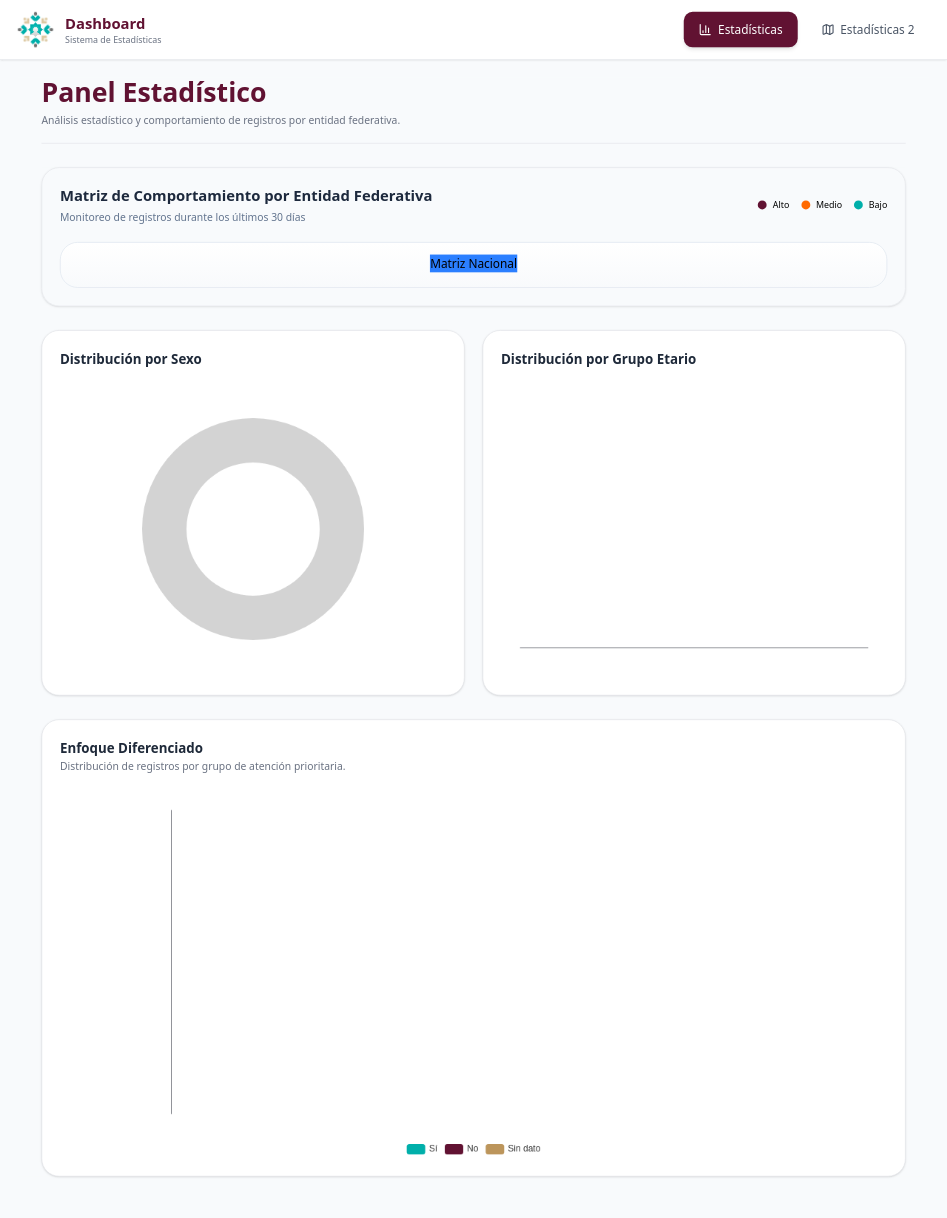
Repository: jesus890/semaforo-cinepolis
Page: /estadisticas
The author's editor kept a copy of each file at every save. The page is drawn from the files as they stood at one save, then again after the next save.
The browser window is 1280 px wide. The pictures show the whole page, at 74% of full size.
The page's requests for data from a server got no answer. The project was rebuilt for these pictures with package versions that can differ from the ones it lists, and the page was loaded fresh each time. No one was signed in, and anything a server would have sent is missing. Also part of the build but not shown: vite.config.ts, src/pages/EstadisticasDosPage.tsx.

Above is the page before, as saved 2026-06-04 13:43:43.

### index.html
<!doctype html>
<html lang="en">
  <head>
    <meta charset="UTF-8" />
    <link rel="icon" type="image/svg+xml" href="/favicon.svg" />
    <meta name="viewport" content="width=device-width, initial-scale=1.0" />
    <title>Estadistica Alertamiento | RNPNDO</title>
  </head>
  <body>
    <div id="root"></div>
    <script type="module" src="/src/main.tsx"></script>
  </body>
</html>

### src/App.tsx
import AppRouter from "./router/AppRouter";

function App() {
    return <AppRouter />;
}

export default App;

### src/router/AppRouter.tsx
import {BrowserRouter,Routes,Route,Navigate,} from "react-router-dom";

import DashboardLayout from "../layouts/DashboardLayout";
import EstadisticasPage from "../pages/EstadisticaPage";
import EstadisticasDosPage from "../pages/EstadisticasDosPage";



export default function AppRouter() {

    return (
        <BrowserRouter>
            <Routes>
                <Route path="/" element={<DashboardLayout/>}>
                    <Route index element={<Navigate to="/estadisticas"/>}/>
                    <Route path="estadisticas" element={<EstadisticasPage />}/>
                    <Route path="estadisticas-2" element={<EstadisticasDosPage />}/>
                </Route>
            </Routes>
        </BrowserRouter>
    );
}

### src/layouts/DashboardLayout.tsx
import { Outlet } from "react-router-dom";

import Header from "../components/Dashboard/navigation/Header";

export default function DashboardLayout() {

    return (
        <div className="min-h-screen bg-slate-50">
            <Header />
            <main className="p-6">
                <Outlet />
            </main>
        </div>

    );
}

### src/components/Dashboard/navigation/Header.tsx
import { NavLink } from "react-router-dom";

import { BarChart3, Map, } from "lucide-react";
import logoSystem from "../../../assets/CNB.png";

export default function Header() {

    const menu = [
        {
            label: "Estadísticas",
            icon: BarChart3,
            path: "/estadisticas",
        },
        {
            label: "Estadísticas 2",
            icon: Map,
            path: "/estadisticas-2",
        },
    ];

    return (

        <header className="sticky top-0 z-50 bg-white border-b border-gray-200 shadow-sm">

            <div className="h-20 px-6 flex items-center justify-between max-w-[1800px] mx-auto">

                {/* Logo */}
                <div className="flex items-center gap-4">

                    <img src={logoSystem} alt="Logo" className="h-12 w-auto object-contain" />

                    <div>

                        <h1 className="text-xl font-bold text-[#611232]">
                            Dashboard
                        </h1>

                        <p className="text-xs text-gray-500">
                            Sistema de Estadísticas
                        </p>

                    </div>

                </div>

                {/* Menú */}
                <nav className="flex items-center gap-3">

                    {menu.map((item) => {

                        const Icon = item.icon;

                        return (

                            <NavLink
                                key={item.path}
                                to={item.path}
                                className={({
                                    isActive,
                                }) =>
                                    `
                                    flex
                                    items-center
                                    gap-2
                                    px-5
                                    py-3
                                    rounded-xl
                                    font-medium
                                    transition-all

                                    ${isActive
                                        ? "bg-[#611232] text-white shadow-md"
                                        : "text-gray-600 hover:bg-gray-100"
                                    }
                                `
                                }
                            >

                                <Icon
                                    size={18}
                                />

                                {item.label}

                            </NavLink>
                        );
                    })}

                </nav>

            </div>

        </header>
    );
}

### src/components/Dashboard/heatmap/HeatmapTable.tsx
import { useMemo } from "react";

import type { HeatmapRow } from "../../../types/dashboard.types";

interface Props {
    rows: HeatmapRow[];
    level: "estado" | "municipio";
    onRowClick?: (estadoId: number) => void;
    onCellClick?: (
        data: {
            estadoId: number;
            municipioId: number;
            fecha: string;
        }
    ) => void;
}

export default function HeatmapTable({ rows, level, onRowClick, onCellClick, }: Props) {

    const dates = useMemo(() => {
        if (!rows.length) return [];

        return rows[0].values.map(
            value => value.day
        );
    }, [rows]);

    const getColor = (estatus: string) => {
        switch (estatus?.toLowerCase()) {
            case "rojo":
                return "bg-[#611232]";
            case "naranja":
                return "bg-orange-500";
            case "verde":
                return "bg-[#00AFAA]";
            default:
                return "bg-slate-200";
        }
    };

    return (
        <div className="overflow-auto rounded-3xl border border-slate-200 bg-gradient-to-b from-white to-slate-50 p-4">

            {
                level == "estado" ? (
                    <div className="flex justify-center">
                        <div className="bg-blue-500">
                            <p >Matriz Nacional</p>
                        </div>
                    </div>
                ) : (
                    <p></p>
                )
            }

            <table className="border-separate min-w-max">

                <thead>
                    <tr>
                        <th className="sticky left-0 z-20 min-w-[240px]"></th>

                        {dates.map(date => (

                            <th
                                key={date}
                                className="h-28 min-w-[42px] align-bottom"
                            >

                                <div className="-rotate-45 origin-bottom-left whitespace-nowrap text-[10px] font-medium text-slate-500">
                                    {date}
                                </div>

                            </th>

                        ))}

                    </tr>

                </thead>

                <tbody className="divide-y divide-slate-100">

                    {rows.map(row => (

                        <tr key={row.id} className="border-b border-slate-100">

                            <td className="sticky left-0 z-10 bg-white pr-4">

                                <button
                                    onClick={() => onRowClick?.(row.estadoId)}
                                    className="group flex tems-center gap-3 text-left transition-all cursor-pointer"
                                >
                                    <div className="h-2.5 w-2.5 rounded-full bg-[#000]" />
                                    <span className="text-sm font-semibold text-slate-700 group-hover:text-[#611232]">
                                        {row.name}
                                    </span>

                                </button>

                            </td>

                            {row.values.map(
                                value => (

                                    <td
                                        key={value.day}
                                    >

                                        <button
                                            onClick={() =>
                                                onCellClick?.({ estadoId: value.estadoId, municipioId: value.municipioId, fecha: value.day })
                                            }
                                            title={`${value.total} registros`}
                                            className={`
                                                flex
                                                h-8
                                                w-8
                                                items-center
                                                justify-center
                                                rounded-xl
                                                text-[11px]
                                                font-semibold
                                                text-white
                                                transition-all
                                                duration-200
                                                hover:scale-110
                                                hover:shadow-xl
                                                hover:ring-2
                                                hover:ring-offset-2
                                                hover:ring-[#611232]
                                                cursor-pointer
                                                ${getColor(value.estatus)}
                                            `}
                                        >
                                            {value.total > 0
                                                ? value.total
                                                : ""}
                                        </button>

                                    </td>

                                )
                            )}

                        </tr>

                    ))}

                </tbody>

            </table>

        </div>
    )

}

### src/components/Dashboard/charts/SexoChart.tsx
import ReactECharts from "echarts-for-react";
import { Colors } from "../../../constants/colors";

interface SexoItem {
    categoria: string;
    total: number;
}

interface Props {
    sexo?: SexoItem[];
}

export default function SexoChart({ sexo = [] }: Props) {

    const getColor = (categoria: string) => {

        switch (categoria.toUpperCase()) {

            case "HOMBRE":
                return Colors.rojito;

            case "MUJER":
                return Colors.verdecito;

            default:
                return Colors.oro;
        }
    };

    const data = sexo.map(item => ({
        value: item.total,
        name:
            item.categoria.charAt(0) +
            item.categoria.slice(1).toLowerCase(),

        itemStyle: {
            color: getColor(item.categoria),
        },
    }));

    const option = {
        tooltip: {
            trigger: "item",
        },

        legend: {
            bottom: 0,
        },

        series: [
            {
                type: "pie",
                radius: ["45%", "75%"],

                label: {
                    formatter: "{b}\n{c}",
                },

                data,
            },
        ],
    };

    return (
        <ReactECharts
            option={option}
            style={{
                height: "400px",
            }}
        />
    );
}

### src/services/dashboard.service.ts
import { apiRequest } from "../lib/api";
import { axiosInstance } from "../lib/axios";

export const GetEntidadesByAlertaTable = () =>
    apiRequest<any>(
        axiosInstance.get(`/api/Alertas`)
    );

export const GetEntidadesByAlertaTableEstado = (idEstado: any) =>
    apiRequest<any>(
        axiosInstance.get(`/api/Alertas/alertas-entidad`, {
            params: {
                idEstado,
            },
        })
    );

export const GetTotalesIncremento = (estado_id: any, municipio_id: any) =>
    apiRequest<any>(
        axiosInstance.get(`/api/Alertas/incremento-desaparecidos`)
    );

### src/components/Dashboard/charts/EdadChart.tsx
import ReactECharts from "echarts-for-react";
import { Colors } from "../../../constants/colors";

interface GrupoEtarioItem {
  categoria: string;
  total: number;
}

interface Props {
  grupoEtario?: GrupoEtarioItem[];
}

export default function EdadChart({
  grupoEtario = [],
}: Props) {

  const getColor = (
    categoria: string
  ) => {

    switch (
    categoria.toUpperCase()
    ) {

      case "MENOR DE EDAD":
        return Colors.verdecito;

      case "MAYOR DE EDAD":
        return Colors.rojito;

      case "ADULTO MAYOR":
        return Colors.oro;

      default:
        return "#4F46E5";
    }
  };

  const categories =
    grupoEtario.map(
      item => item.categoria
    );

  const data =
    grupoEtario.map(
      item => ({
        value: item.total,

        itemStyle: {
          color: getColor(
            item.categoria
          ),
        },
      })
    );

  const option = {
    tooltip: {
      trigger: "axis",
    },

    grid: {
      left: "5%",
      right: "5%",
      bottom: "10%",
      containLabel: true,
    },

    xAxis: {
      type: "category",

      data: categories,

      axisLabel: {
        interval: 0,
        rotate: 0,
      },
    },

    yAxis: {
      type: "value",
    },

    series: [
      {
        type: "bar",

        barWidth: 70,

        borderRadius: [
          8,
          8,
          0,
          0,
        ],

        data,
      },
    ],
  };

  return (
    <ReactECharts
      option={option}
      style={{
        height: "400px",
      }}
    />
  );
}

### src/components/Dashboard/charts/EnfoqueChart.tsx
import ReactECharts from "echarts-for-react";
import { Colors } from "../../../constants/colors";

interface EnfoqueDetalle {
  categoria: string;
  total: number;
}

interface EnfoqueItem {
  grupo: string;
  detalle: EnfoqueDetalle[];
}

interface Props {
  enfoqueDiferenciado?: EnfoqueItem[];
}

export default function EnfoqueChart({
  enfoqueDiferenciado = [],
}: Props) {

  const normalize = (
    value: string
  ) => {

    const v =
      value
        ?.trim()
        .toUpperCase();

    if (v === "SI")
      return "SI";

    if (v === "NO")
      return "NO";

    return "SIN DATO";
  };

  const groups =
    enfoqueDiferenciado.map(
      item => {

        switch (
        item.grupo
        ) {

          case "TIENEDISCAPACIDAD":
            return "Discapacidad";

          case "HABLAESPANIOL":
            return "Habla Español";

          case "LENGUA":
            return "Lengua";

          case "ESMIGRANTE":
            return "Migrante";

          default:
            return item.grupo;
        }
      }
    );

  const siData =
    enfoqueDiferenciado.map(
      grupo =>
        grupo.detalle
          .filter(
            x =>
              normalize(
                x.categoria
              ) === "SI"
          )
          .reduce(
            (
              acc,
              item
            ) =>
              acc +
              item.total,
            0
          )
    );

  const noData =
    enfoqueDiferenciado.map(
      grupo =>
        grupo.detalle
          .filter(
            x =>
              normalize(
                x.categoria
              ) === "NO"
          )
          .reduce(
            (
              acc,
              item
            ) =>
              acc +
              item.total,
            0
          )
    );

  const sinDatoData =
    enfoqueDiferenciado.map(
      grupo =>
        grupo.detalle
          .filter(
            x =>
              normalize(
                x.categoria
              ) ===
              "SIN DATO"
          )
          .reduce(
            (
              acc,
              item
            ) =>
              acc +
              item.total,
            0
          )
    );

  const option = {

    tooltip: {
      trigger: "axis",
      axisPointer: {
        type: "shadow",
      },
    },

    legend: {
      bottom: 0,
    },

    grid: {
      left: 150,
      right: 30,
      top: 30,
      bottom: 60,
    },

    xAxis: {
      type: "value",
    },

    yAxis: {
      type: "category",
      data: groups,
    },

    series: [
      {
        name: "Sí",
        type: "bar",
        stack: "total",

        label: {
          show: true,
        },

        itemStyle: {
          color:
            Colors.verdecito,
        },

        data: siData,
      },

      {
        name: "No",
        type: "bar",
        stack: "total",

        label: {
          show: true,
        },

        itemStyle: {
          color:
            Colors.rojito,
        },

        data: noData,
      },

      {
        name: "Sin dato",
        type: "bar",
        stack: "total",

        label: {
          show: true,
        },

        itemStyle: {
          color:
            Colors.oro,
        },

        data: sinDatoData,
      },
    ],
  };

  return (
    <ReactECharts
      option={option}
      style={{
        height: "500px",
      }}
    />
  );
}

### src/components/Dashboard/Loader/Loader.tsx
import imageCNB from "../../../assets/CNB.png";

interface LoaderProps {
    text?: string;
}

export default function LoaderStyled({text = "Cargando información..."}: LoaderProps) {
    return (
        <div
            className="w-full h-full min-h-[320px] flex flex-col justify-center items-center gap-6 px-6 py-10"
        >
            <div className="relative flex items-center justify-center">
                <div
                    className="absolute w-32 h-32 rounded-full bg-[#00AFAA]/20 blur-3xl animate-pulse"
                />

                <div
                    className="absolute w-28 h-28 rounded-full border-[5px] border-[#00AFAA]/20 border-t-[#00AFAA] animate-spin"
                />

                <div
                    className="relative w-20 h-20 rounded-full overflow-hidden bg-white shadow-2xl border-4 border-white animate-pulse"
                >
                    <img
                        src={imageCNB}
                        alt="Loader"
                        className="object-cover"
                    />
                </div>
            </div>

            <div className="text-center space-y-2">
                <h3
                    className="text-lg sm:text-xl font-black text-[#4A0015] tracking-wide"
                >
                    {text}
                </h3>

                <p
                    className="text-sm text-slate-500 max-w-md leading-relaxed"
                >
                    Espere un momento mientras se procesa y
                    visualiza la información solicitada.
                </p>
            </div>
        </div>
    );
}

### src/constants/colors.ts
export const Colors = {
    rojito: "#611232",
    verdecito: "#00AFAA",
    oro: "#BC955B",
    grisito: "#E8E8E8",
    grisote: "#D2D3D3",
    text: "#5A5A5A",
};

### src/lib/api.ts
import axios from "axios";

export async function apiRequest<T>(
  promise: Promise<{ data: T }>
): Promise<T> {
  try {
    const { data } = await promise;
    return data;
  } catch (error) {
    if (axios.isAxiosError(error)) {
      const response = error.response;

      const message =
        response?.data?.message ||
        response?.data?.error ||
        response?.data?.msg ||
        "Error en la petición";

      throw new Error(message);
    }

    throw new Error("Error inesperado");
  }
}

### src/lib/axios.ts
import axios from "axios";

export const axiosInstance = axios.create({
  baseURL: import.meta.env.VITE_API_URL,
});

Loaded but not shown: src/main.tsx (common file); src/index.css (common file); src/pages/EstadisticaPage.tsx (216 lines, source omitted)

After the next save:
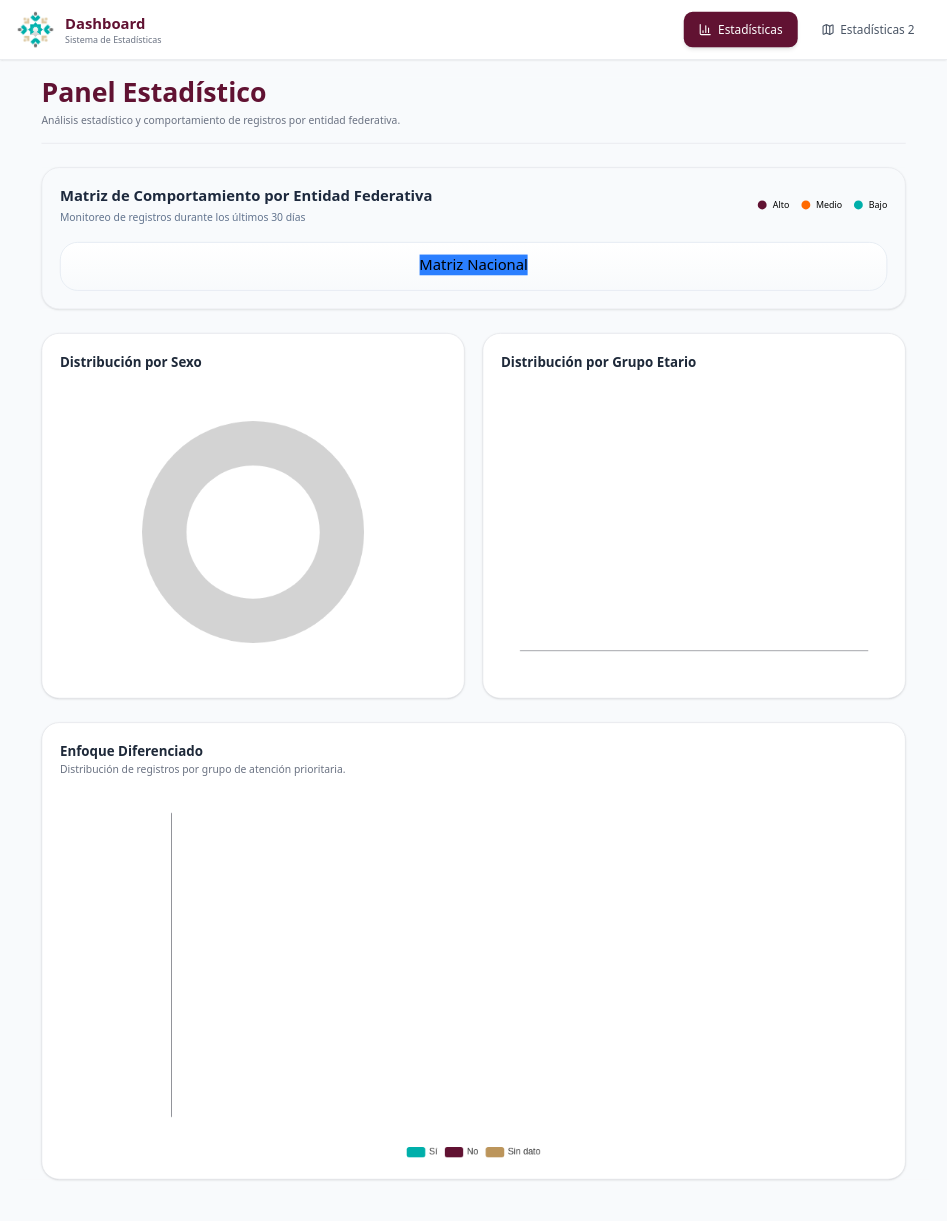
Saved 19 s later.
--- a/src/components/Dashboard/heatmap/HeatmapTable.tsx
+++ b/src/components/Dashboard/heatmap/HeatmapTable.tsx
@@ -45,7 +45,7 @@ export default function HeatmapTable({ rows, level, onRowClick, onCellClick, }:
                 level == "estado" ? (
                     <div className="flex justify-center">
                         <div className="bg-blue-500">
-                            <p >Matriz Nacional</p>
+                            <p className="text-semibold text-xl" >Matriz Nacional</p>
                         </div>
                     </div>
                 ) : (
